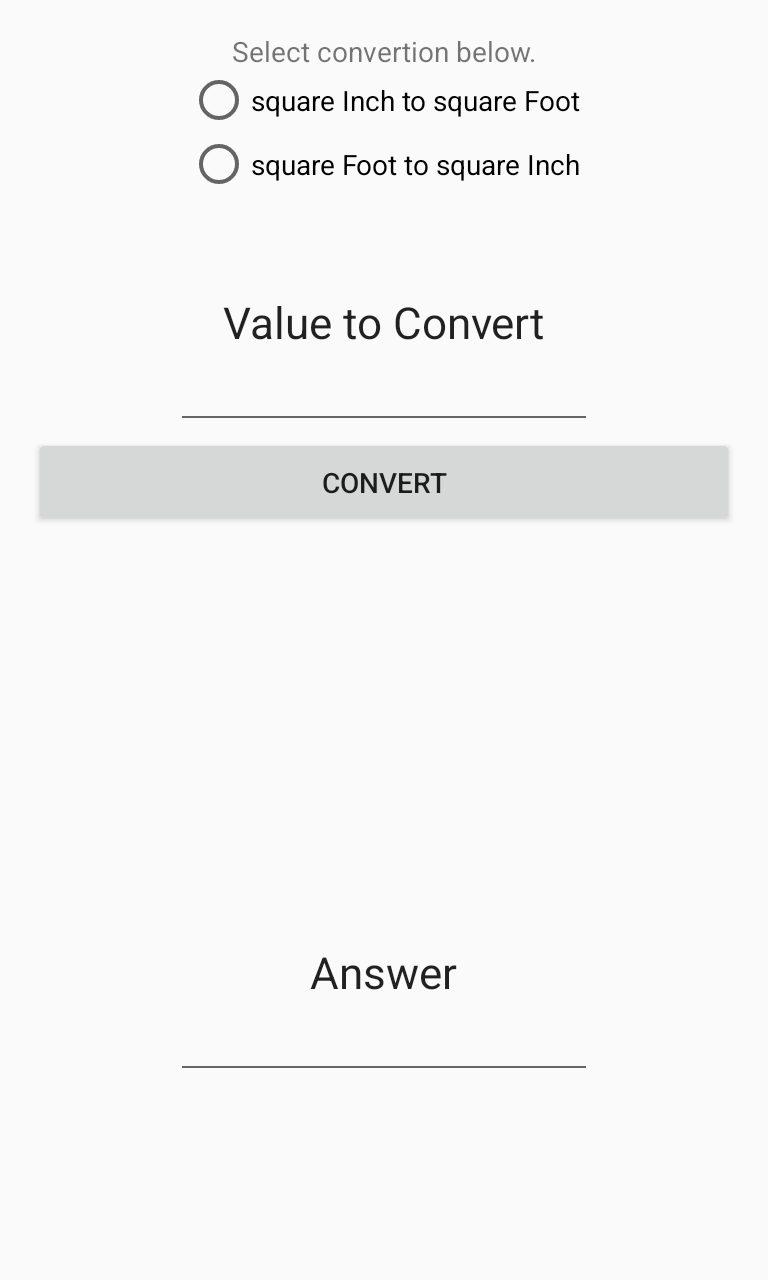
Repository: awayzo/6300Fall14Assignment4
Layout: UnitConvertor/res/layout/activity_area.xml
The author's editor kept a copy of each file at every save. The layout is drawn from the files as they stood at one save, then again after the next save.
It is drawn on a 768 x 1280 px phone screen (xhdpi) without system bars, with theme AppTheme; the app's code is not run.

Above is the layout before, as saved 2014-09-26 22:15:41.

After the next save:
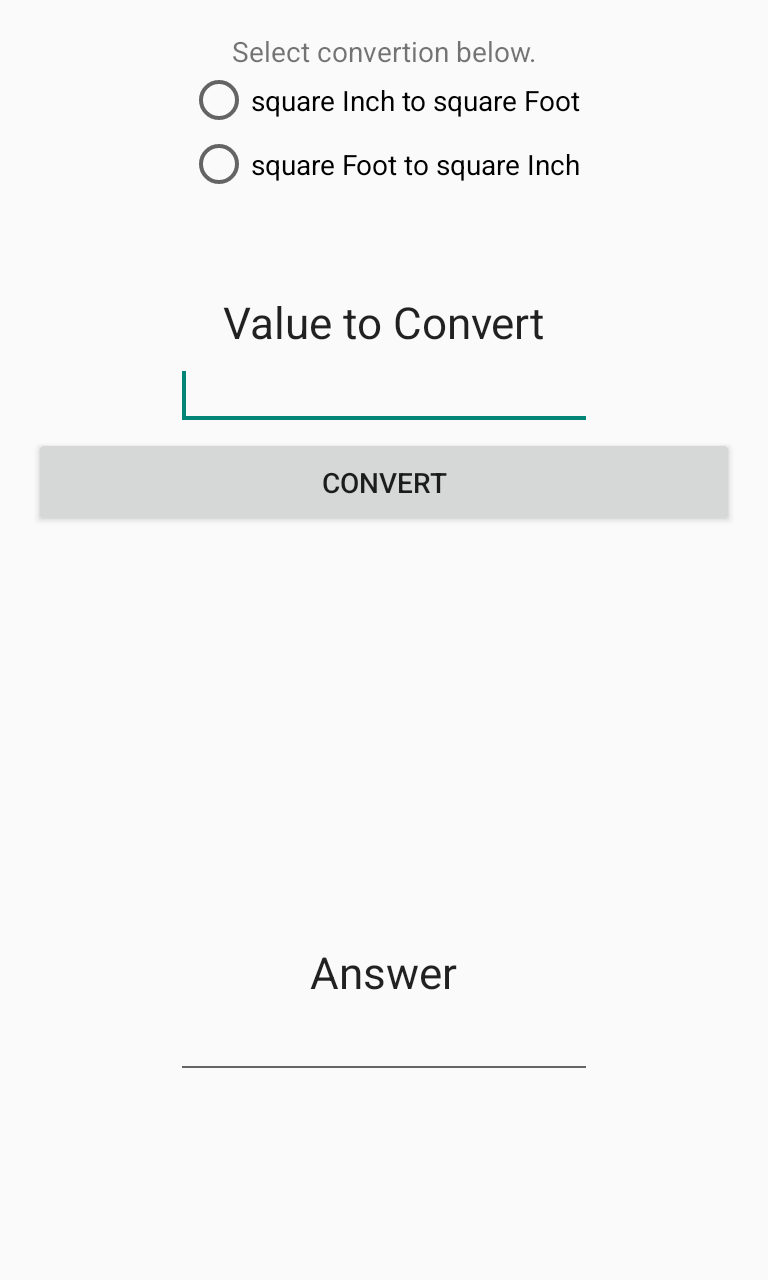
Saved 2 min 1 s later.
--- a/UnitConvertor/res/layout/activity_area.xml
+++ b/UnitConvertor/res/layout/activity_area.xml
@@ -37,6 +37,7 @@
         android:layout_centerHorizontal="true"
         android:ems="10"
         android:inputType="numberDecimal" />
+     <requestFocus />
 
     <EditText
         android:id="@+id/txtAnswer"
